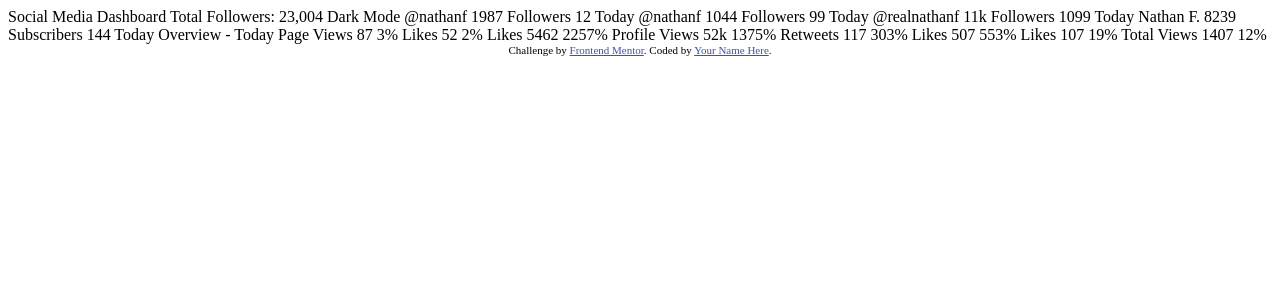
Repository: mamulini/social-media-dashboard-with-theme-switcher-master
Page: index.html
The author's editor kept a copy of each file at every save. The page is drawn from the files as they stood at one save, then again after the next save.
The browser window is 1280 px wide. The pictures show the whole page.

Above is the page before, as saved 2020-04-05 23:11:33.

### index.html
<!DOCTYPE html>
<html lang="en">
<head>
  <meta charset="UTF-8">
  <meta name="viewport" content="width=device-width, initial-scale=1.0">
  <link rel="icon" type="image/png" sizes="32x32" href="./images/favicon-32x32.png">
  <link rel="stylesheet" href="./css/style.css">
  <title>Frontend Mentor | [Challenge Name Here]</title>
</head>
<body>
  <main class="dashboard container">
    <header class="header">
      <div class="title">

      </div>
    </header>
  </main>

  Social Media Dashboard
  Total Followers: 23,004

  Dark Mode



  @nathanf
  1987
  Followers
  12 Today

  @nathanf
  1044
  Followers
  99 Today

  @realnathanf
  11k
  Followers
  1099 Today

  Nathan F.
  8239
  Subscribers
  144 Today



  Overview - Today

  Page Views
  87
  3%

  Likes
  52
  2%

  Likes
  5462
  2257%

  Profile Views
  52k
  1375%

  Retweets
  117
  303%

  Likes
  507
  553%

  Likes
  107
  19%

  Total Views
  1407
  12%

  <div class="attribution">
    Challenge by <a href="https://www.frontendmentor.io?ref=challenge" target="_blank">Frontend Mentor</a>.
    Coded by <a href="#">Your Name Here</a>.
  </div>
</body>
</html>

### css/style.css
.container{
    max-width: 1110px;
}






.attribution { font-size: 11px; text-align: center; }
.attribution a { color: hsl(228, 45%, 44%); }

After the next save:
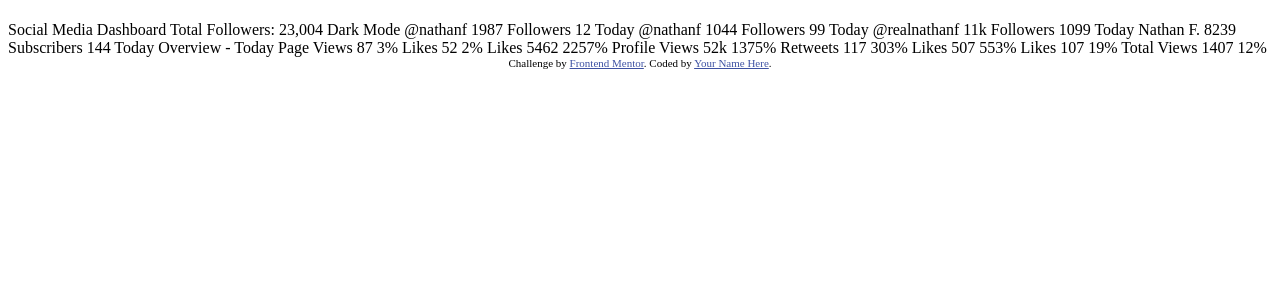
Saved 45 s later.
--- a/index.html
+++ b/index.html
@@ -11,7 +11,7 @@
   <main class="dashboard container">
     <header class="header">
       <div class="title">
-
+        <h1 class="title__name"></h1>
       </div>
     </header>
   </main>
